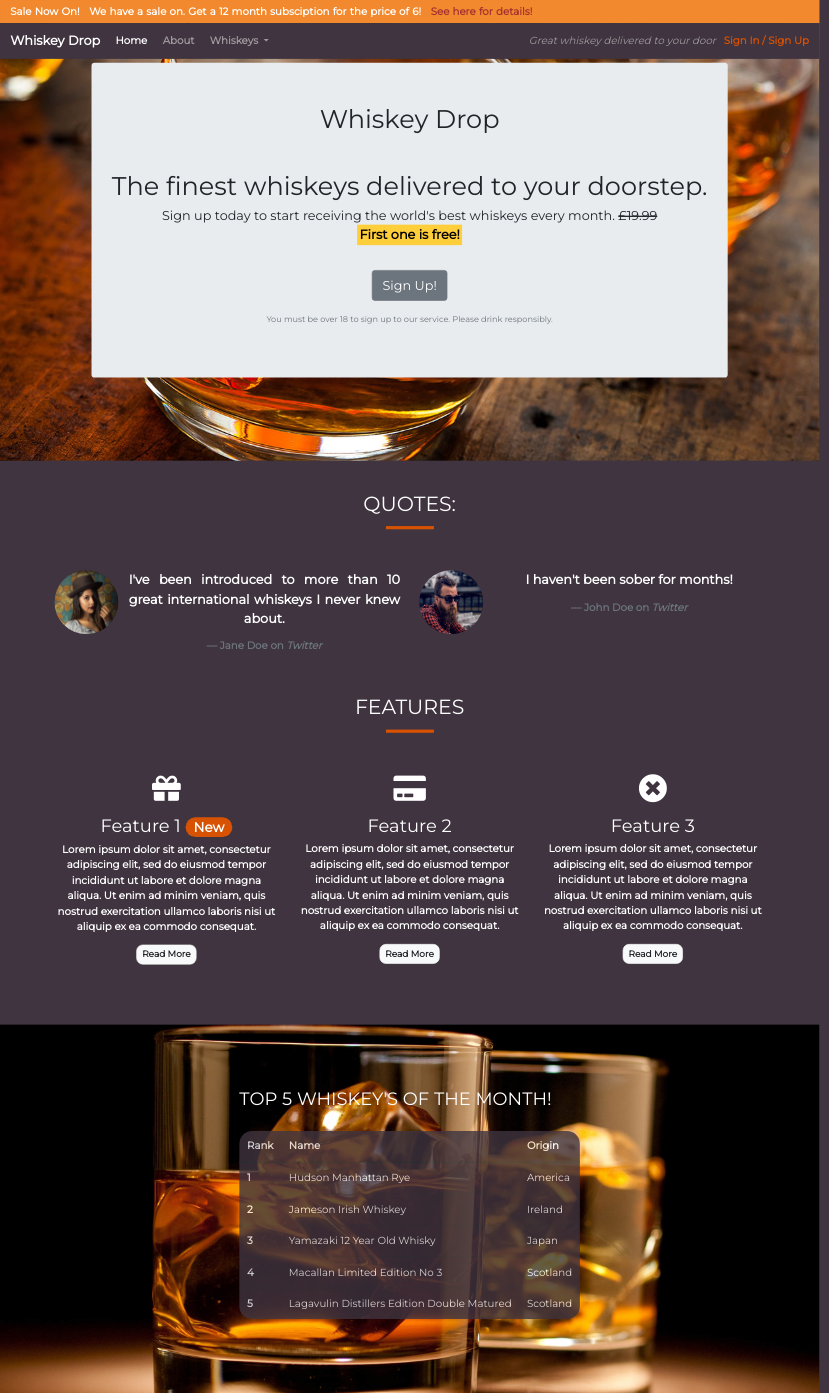
Repository: ClaireRoberts1403/Whiskey-Drop
Page: index.html
The author's editor kept a record of every edit. The page is drawn from the files as they stood at one moment, then again after the next edit.
The browser window is 1280 px wide. The page is 1295 px wide, so the pictures cover 1295 px, including what lies to the right of the window. The pictures show the whole page, at 64% of full size.
Backgrounds fixed to the window are drawn as part of the page. Some web libraries are served in a nearby version.

Above is the page before.

After the next edit:
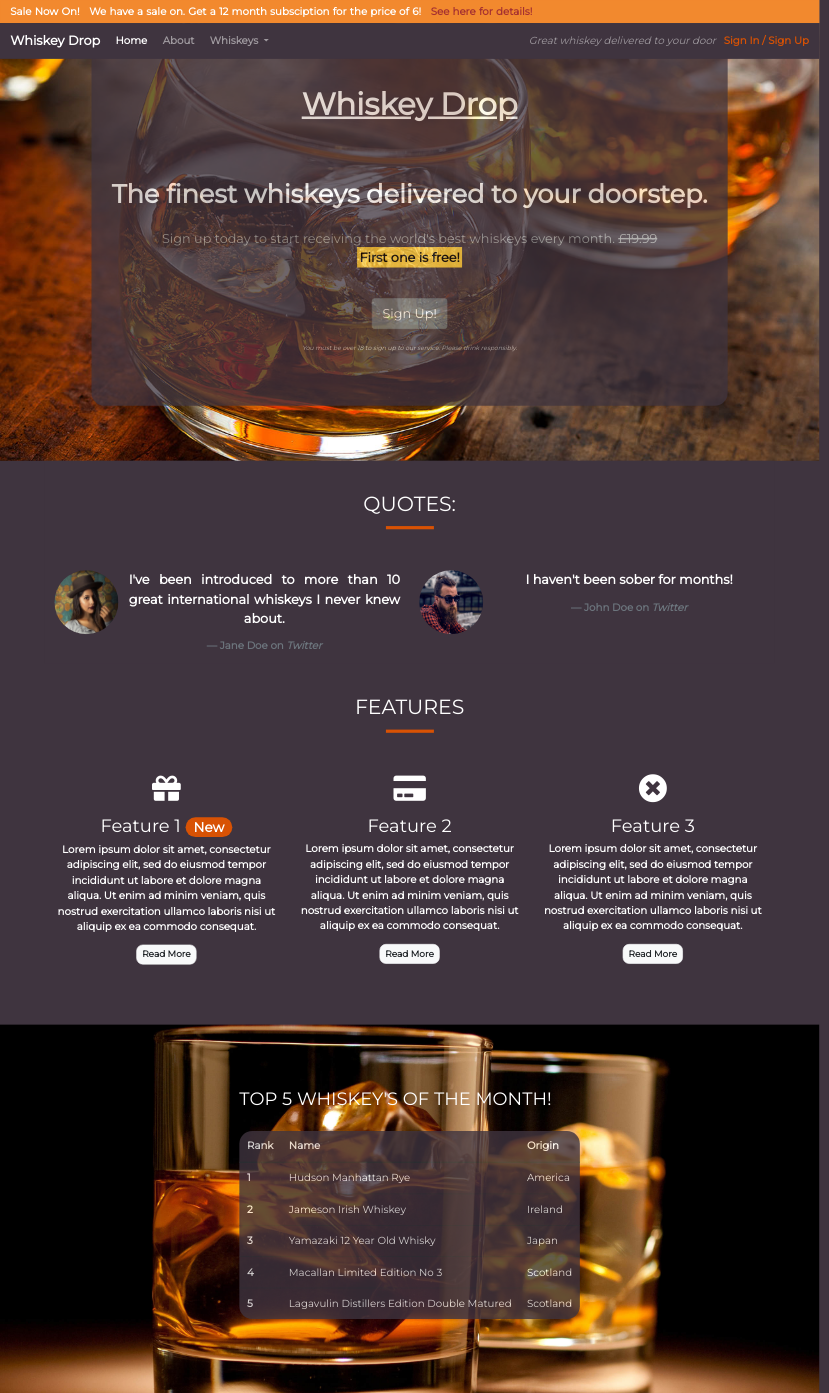
The edit:
--- a/CSS/style.css
+++ b/CSS/style.css
@@ -214,7 +214,7 @@
     border: hidden;
 }
 
-/* Jumbotron
+/* Jumbotron*/
 
 .jumbotron {
     background-color: #3F343F;
